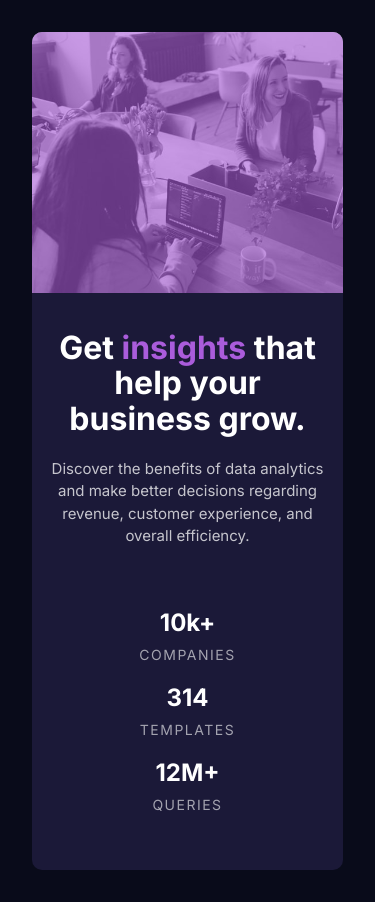
Repository: keisewarsame/stats-preview-frontendmentor
Page: index.html
The author's editor kept a copy of each file at every save. The page is drawn from the files as they stood at one save, then again after the next save.
The browser window is 375 px wide. The pictures show the whole page.

Above is the page before, as saved 2022-07-12 14:27:05.

### index.html
<!DOCTYPE html>
<html lang="en">
<head>
  <meta charset="UTF-8">
  <meta name="viewport" content="width=device-width, initial-scale=1.0"> <!-- displays site properly based on user's device -->
  <link rel="icon" type="image/png" sizes="32x32" href="./images/favicon-32x32.png">
  <link rel="stylesheet" href="styles.css">
  <title>Frontend Mentor | Stats preview card component</title>
</head>
<body>
    <div class="container">
        <div class="wrapper">
            <div class="text-component">
                <h1 class="title">Get <span>insights</span> that help your business grow.</h1>
                <p class="subtitle">Discover the benefits of data analytics and make better decisions regarding revenue, customer experience, and overall efficiency.</p>
                <div class="stats-component">
                    <div>
                        <p class="num">10k+</p>
                        <p class="stats-sub">Companies</p>
                    </div>
                    <div>
                        <p class="num">314</p>
                        <p class="stats-sub">Templates</p>
                    </div>
                    <div>
                        <p class="num">12M+</p>
                        <p class="stats-sub">Queries</p>
                    </div>
                </div>
            </div>
            <div class="image-component">
                <img src="/images/image-header-desktop.jpg" alt="">
            </div>
        </div>
    </div>
</body>
</html>

### styles.css
@import url('https://fonts.googleapis.com/css2?family=Inter:wght@400;700&family=Lexend+Deca&display=swap');

* {
    margin: 0;
    padding: 0;
}

body {
    font-family: 'Inter', sans-serif;
    display: flex;
    align-items: center;
    min-height: 100vh;
    background-color: hsl(233, 47%, 7%);
}

.container {
    margin: 0 auto;
    max-width: 1040px;
}

.wrapper {
    background-color: hsl(244, 38%, 16%);
    display: grid;
    grid-template-columns: 1fr 1fr;
    border-radius: 10px;
    overflow: hidden;
    margin: 2rem;
}

.text-component {
    padding: 13%;
    font-family: 'Inter', sans-serif;
}

.title {
    color: hsl(0, 0%, 100%);
    padding-bottom: 22px;
    font-weight: 700;
}

.title span {
    color: hsl(277, 64%, 61%)
}

.subtitle {
    color: hsla(0, 0%, 100%, 0.75);
    line-height: 1.5;
    font-size: 15px;
}

.stats-component {
    display: flex;
    justify-content: space-between;
    padding-top: 60px;
}

.num {
    color: hsl(0, 0%, 100%);
    font-weight: 700;
    font-size: 24px;
    margin-bottom: 9px
}

.stats-sub {
    text-transform: uppercase;
    color: hsla(0, 0%, 100%, 0.6);
    font-size: 14px;
    letter-spacing: 1.5px;
}



.image-component {
    position: relative;
}

img {
    height: 100%;
    width: 100%;
}

.image-component::after {
    position: absolute;
    content: '';
    height: 100%;
    width: 100%;
    top: 0;
    right: 0;
    background-color: hsla(277, 64%, 61%, 0.6);;
}

@media screen and (max-width: 425px) {
    body {
        text-align: center;
    }
    .wrapper {
        grid-template-columns: 1fr;
    }

    .image-component {
        order: -1;
    }

    .stats-component {
        flex-direction: column;
    }

    .text-component {
        padding: 12% 6%;
    }

    .title {
        line-height: 1.1;
    }

    .stats-component div {
        margin-bottom: 20px;
    }
}

After the next save:
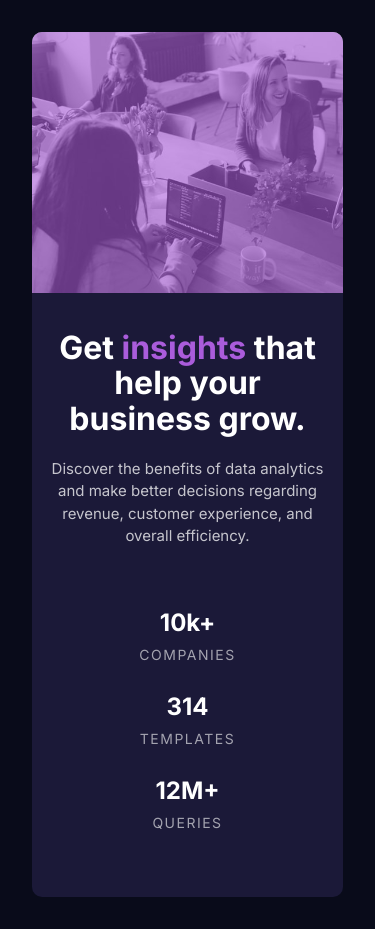
Saved 6 s later.
--- a/styles.css
+++ b/styles.css
@@ -114,6 +114,6 @@ img {
     }
 
     .stats-component div {
-        margin-bottom: 20px;
+        margin-bottom: 29px;
     }
 }
